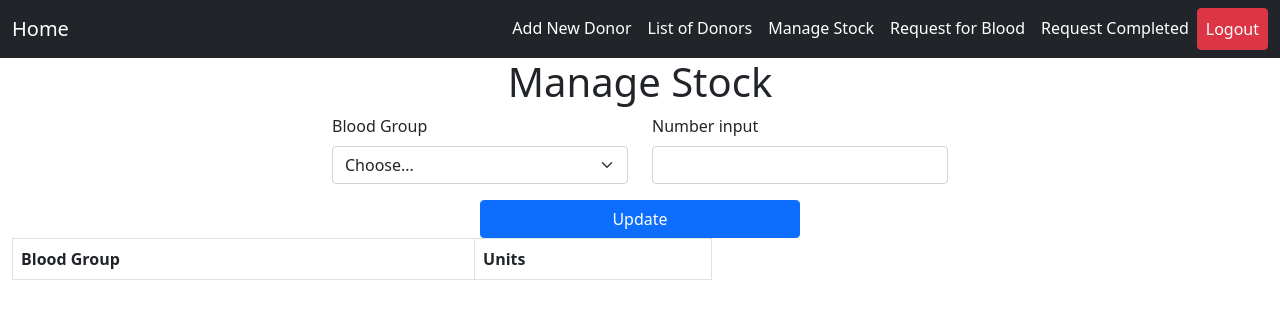
Repository: kshitizJ/Blood-Bank-Management-System-in-jsp
Page: http://localhost/Blood_Bank_Management_System/manageStock.jsp
An editor plug-in stored every save of this project. The page is shown before and after the next save, followed by the edit.
The browser window is 1280 px wide. The pictures show the whole page.
The page is served by Tomcat 9. Queries for data that is not in the repository find no rows.

Above is the page before, as saved 2021-04-28 13:26:41.

### Blood Bank Management System/WebContent/manageStock.jsp
<%@page import="java.sql.*"%>
<%@page import="project.ConnectionProvider"%>
<%@include file="header.html"%>
<!DOCTYPE html>
<html lang="en">

<head>
	<style>
		.size{
			width: 700px;
		}
	</style>
</head>

<body>
	<div class="container-fluid">
		<div class="row">
			<div class="col-12">
				<h1 class="text-center">Manage Stock</h1>
			</div>
			<div class="col-12">
				<%
					String msg = request.getParameter("msg");
				if ("valid".equals(msg)) {
				%>
				<p class="text-center text-danger">Successfully updated..</p>
				<%
					}
				if ("invalid".equals(msg)) {
				%>
				<p class="text-center text-danger">Invalid data try again..</p>
				<%
					}
				%>
			</div>
			<div class="col-12">
				<form class="form row d-flex justify-content-center"
					action="addNewDonorAction.jsp" method="POST">
					<div class="mb-3 col-md-3">
						<label for="brgp" class="form-label">Blood Group</label> <select
							class="form-select" id="brgp" name="brgp">
							<option selected>Choose...</option>
							<option value="A+">A+</option>
							<option value="A-">A-</option>
							<option value="B+">B+</option>
							<option value="B-">B-</option>
							<option value="O+">O+</option>
							<option value="O-">O-</option>
							<option value="AB+">AB+</option>
							<option value="AB-">AB-</option>
						</select>
					</div>
					<div class="mb-3 col-md-3">
						<label class="form-label" for="typeNumber">Number input</label> <input
							type="number" id="typeNumber" class="form-control" name="units"/>
					</div>
					<div class="offset-md-3"></div>
					<button type="submit" class="btn btn-primary col-3">Update</button>
				</form>
			</div>
			<br>
			<br>
			<div class="col-12">
				<table class="size table table-bordered table-striped table-hover">
					<thead>
						<tr>
							<th scope="col">Blood Group</th>
							<th scope="col">Units</th>
						</tr>
					</thead>
					<tbody>
						<tr>
							<%
								try {
								Connection con = ConnectionProvider.getCon();
								Statement st = con.createStatement();
								ResultSet rs = st.executeQuery("select * from stock;");
								while (rs.next()) {
							%>
							<td><%=rs.getString(1)%></td>
							<td><%=rs.getInt(2)%></td>
						</tr>
						<%
							}
						} catch (Exception e) {
						System.out.print(e.getMessage());
						}
						%>
					</tbody>
				</table>
			</div>
		</div>
	</div>
</body>

</html>

### Blood Bank Management System/WebContent/header.html
<!DOCTYPE html>
<html lang="en">
<head>
<meta charset="UTF-8">
<meta http-equiv="X-UA-Compatible" content="IE=edge">
<meta name="viewport" content="width=device-width, initial-scale=1.0">
<title>Admin Panel</title>
<link
	href="https://cdn.jsdelivr.net/npm/bootstrap@5.0.0-beta3/dist/css/bootstrap.min.css"
	rel="stylesheet"
	integrity="sha384-eOJMYsd53ii+scO/bJGFsiCZc+5NDVN2yr8+0RDqr0Ql0h+rP48ckxlpbzKgwra6"
	crossorigin="anonymous">
<link rel="stylesheet" href="style.css" type="text/css" media="screen">
</head>
<body>
	<nav class="navbar sticky-top navbar-expand-lg navbar-dark bg-dark">
		<div class="container-fluid">
			<a class="navbar-brand" href="home.jsp">Home</a>
			<button class="navbar-toggler" type="button"
				data-bs-toggle="collapse" data-bs-target="#navbarNav"
				aria-controls="navbarNav" aria-expanded="false"
				aria-label="Toggle navigation">
				<span class="navbar-toggler-icon"></span>
			</button>
			<div class="collapse navbar-collapse justify-content-end"
				id="navbarNav">
				<ul class="navbar-nav ">
					<li class="nav-item"><a class="nav-link text-white"
						href="addNewDonor.jsp">Add New Donor</a></li>
					<li class="nav-item"><a class="nav-link text-white"
						href="editDeleteList.jsp">List of Donors</a></li>
					<li class="nav-item"><a class="nav-link text-white"
						href="manageStock.jsp">Manage Stock</a></li>
					<li class="nav-item"><a class="nav-link text-white"
						href="requestForBlood.jsp">Request for Blood</a></li>
					<li class="nav-item"><a class="nav-link text-white"
						href="requestCompleted.jsp">Request Completed</a></li>
					<li class="nav-item"><a class="nav-link text-white btn btn-danger"
						href="adminLogin.jsp">Logout</a></li>
				</ul>
			</div>
		</div>
	</nav>
</body>
<script
	src="https://cdn.jsdelivr.net/npm/bootstrap@5.0.0-beta3/dist/js/bootstrap.bundle.min.js"
	integrity="sha384-JEW9xMcG8R+pH31jmWH6WWP0WintQrMb4s7ZOdauHnUtxwoG2vI5DkLtS3qm9Ekf"
	crossorigin="anonymous"></script>

</html>

### Blood Bank Management System/src/project/ConnectionProvider.java
package project;

import java.sql.*;

public class ConnectionProvider {
	public static Connection getCon() {
		try {
			Class.forName("com.mysql.cj.jdbc.Driver");
			Connection con = DriverManager.getConnection("jdbc:mysql://localhost:3306/Blood_Bank_Management_System",
					"root", "Kshitiz123@");
			return con;
		} catch (Exception e) {
			// TODO: handle exception
			System.out.println(e.getMessage());
			return null;
		}
	}
}

### Blood Bank Management System/WebContent/style.css
img {
	width: 100%;
	height: 500px;
}

.logo {
	width: 100px;
	height: 60px;
}

container-fluid {
	padding: 0;
}

After the next save:
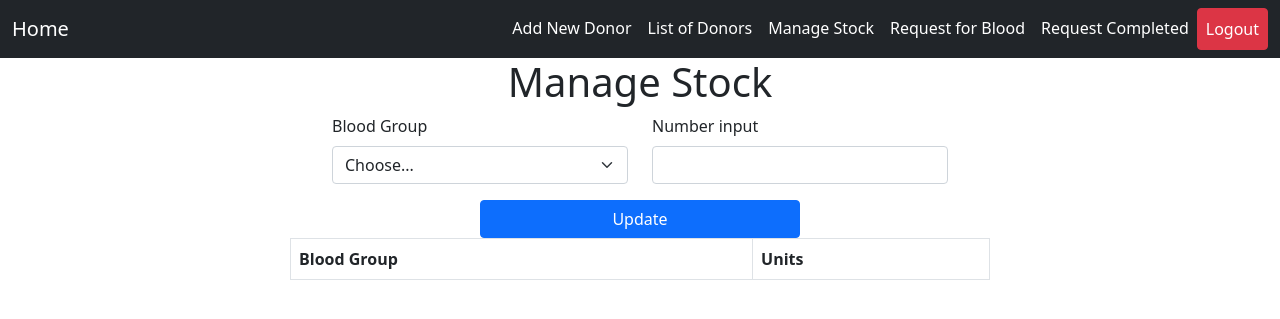
Saved 13 s later.
--- a/Blood Bank Management System/WebContent/manageStock.jsp
+++ b/Blood Bank Management System/WebContent/manageStock.jsp
@@ -60,7 +60,7 @@
 			</div>
 			<br>
 			<br>
-			<div class="col-12">
+			<div class="col-12 d-flex justify-content-center">
 				<table class="size table table-bordered table-striped table-hover">
 					<thead>
 						<tr>

After the save that followed:
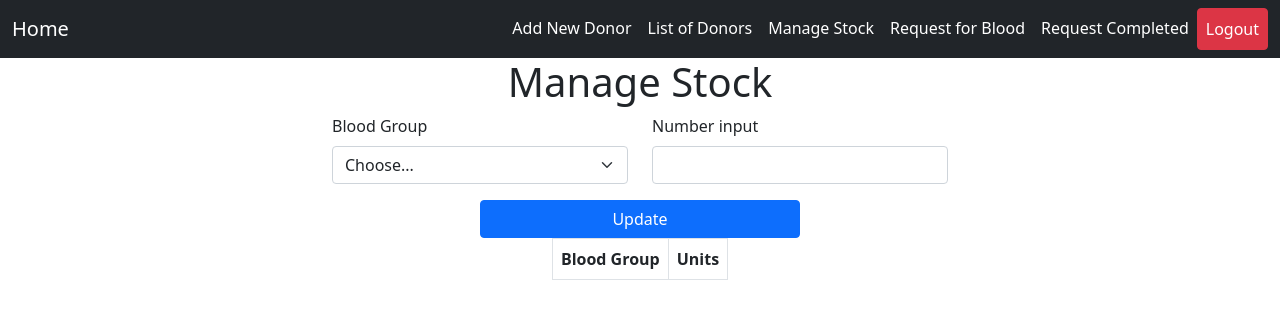
Saved 16 s later.
--- a/Blood Bank Management System/WebContent/manageStock.jsp
+++ b/Blood Bank Management System/WebContent/manageStock.jsp
@@ -61,7 +61,7 @@
 			<br>
 			<br>
 			<div class="col-12 d-flex justify-content-center">
-				<table class="size table table-bordered table-striped table-hover">
+				<table class="size table table-bordered table-striped table-hover d-flex justify-content-center">
 					<thead>
 						<tr>
 							<th scope="col">Blood Group</th>
